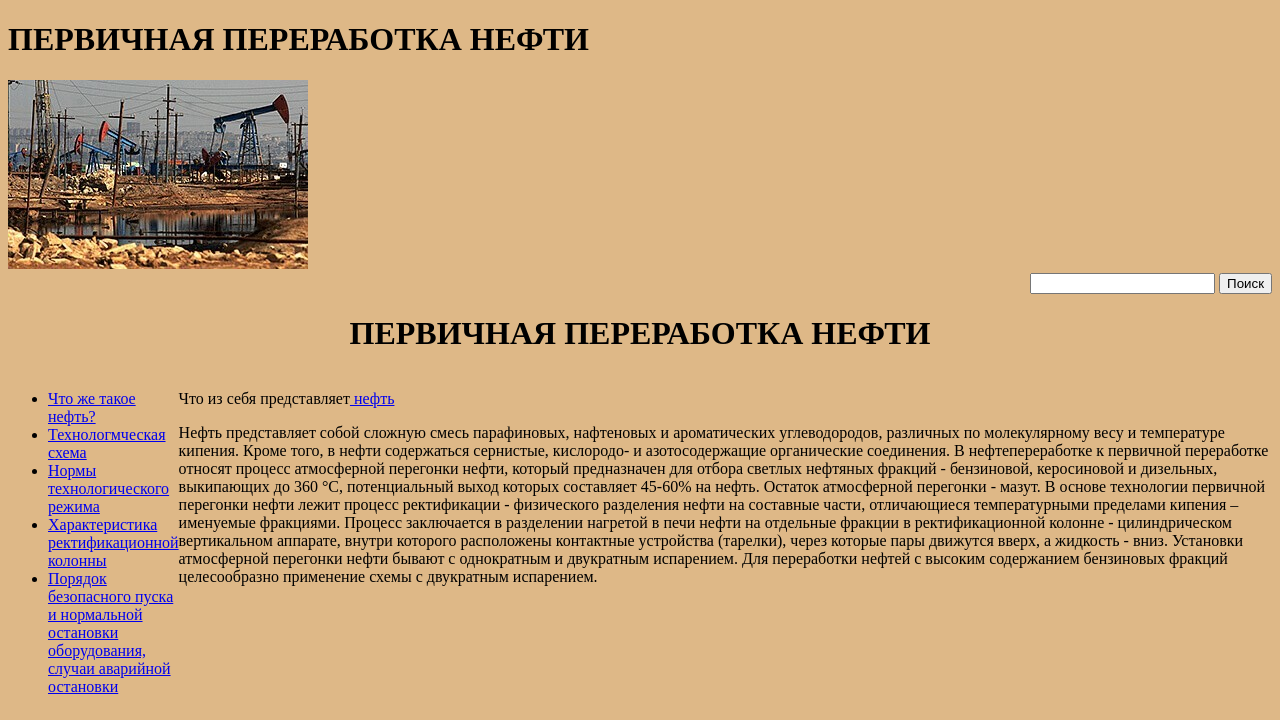
Repository: NastyaSeleznev/NastyaSeleznev.githab.io
Page: week1/nevti.html
The author's editor kept a record of every edit. The page is drawn from the files as they stood at one moment, then again after the next edit.
The browser window is 1280 px wide. The pictures show the whole page.

Above is the page before.

After the next edit:
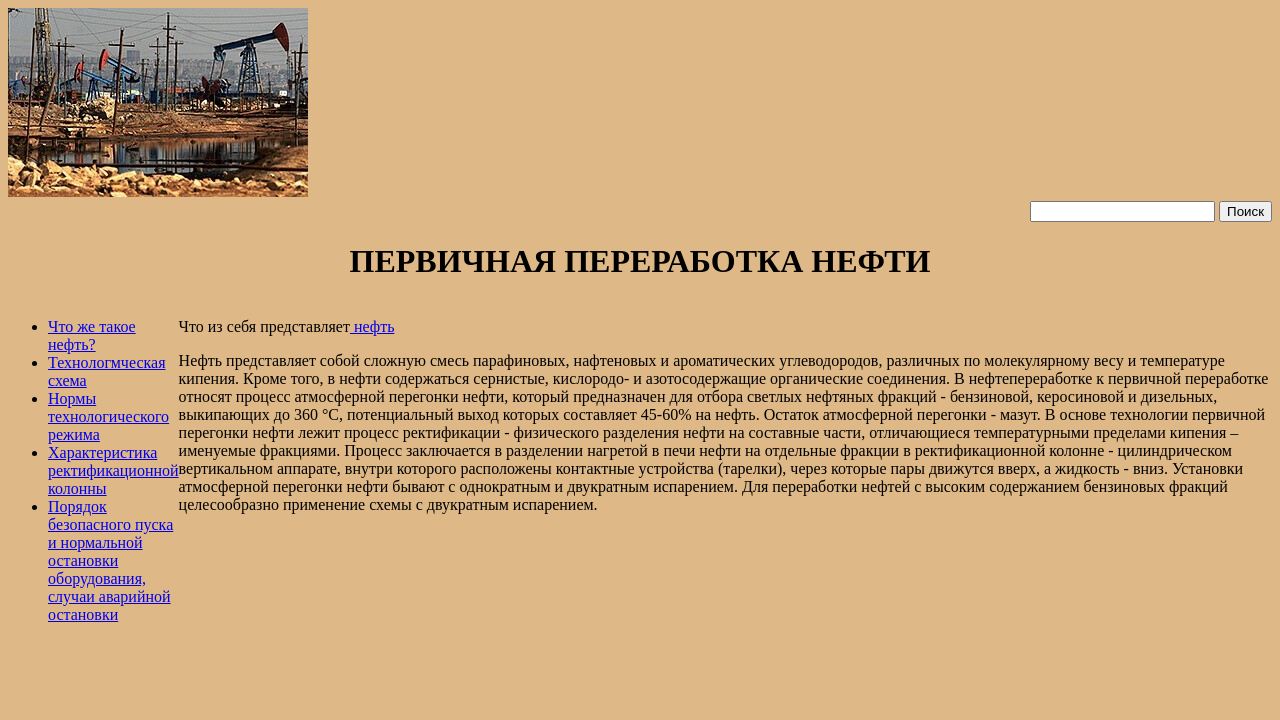
The edit:
--- a/week1/nevti.html
+++ b/week1/nevti.html
@@ -6,7 +6,6 @@
 			<title>Что же такое нефть?</title>
 		</head>
 		<div>
-				<td class="center"><h1>ПЕРВИЧНАЯ ПЕРЕРАБОТКА НЕФТИ</h1></td>
 		<body>
 			<header>
 		<img src="dobycha-nefti.jpg">
